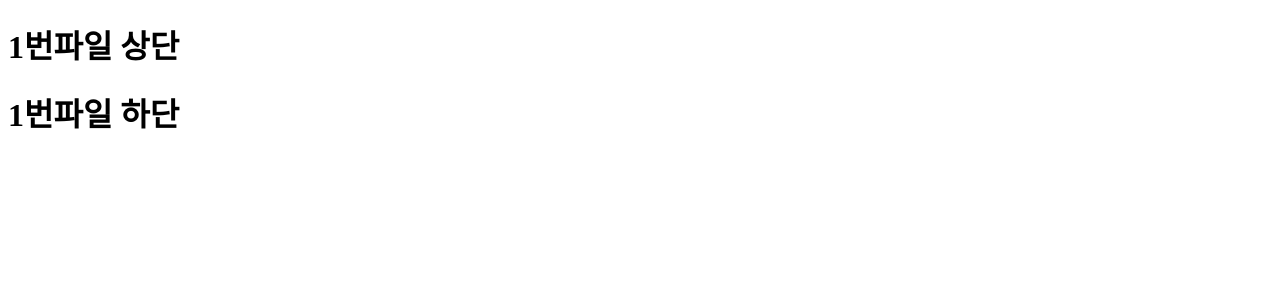
Repository: JJinBBangg/JSP
Page: http://localhost/jsp/ch07/lecture/02include-tag/01include.jsp
These files come from the project's save history. The page is drawn as it stood at one moment and after a run of saves; the edit follows.
The browser window is 1280 px wide. The pictures show the whole page.
The page is served by Tomcat 9.

Above is the page before, as saved 2023-03-29 05:14:06.

After the next 2 saves:
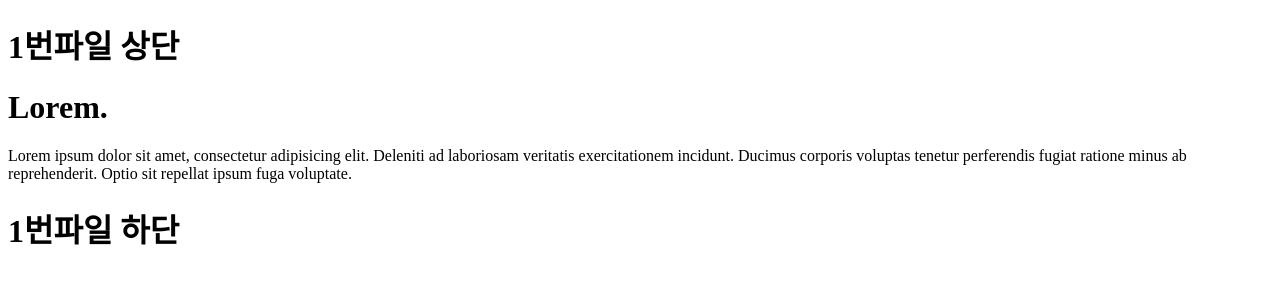
The 2 saves are shown as one change because 1 did not build or start.
The last was saved 36 s later.
--- a/jsp/src/main/webapp/ch07/lecture/02include-tag/01include.jsp
+++ b/jsp/src/main/webapp/ch07/lecture/02include-tag/01include.jsp
@@ -10,6 +10,7 @@
 <body>
 	<h1>1번파일 상단</h1>
 
+	<jsp:include page="02sub.jsp" />
 
 	<h1>1번파일 하단</h1>
 </body>
